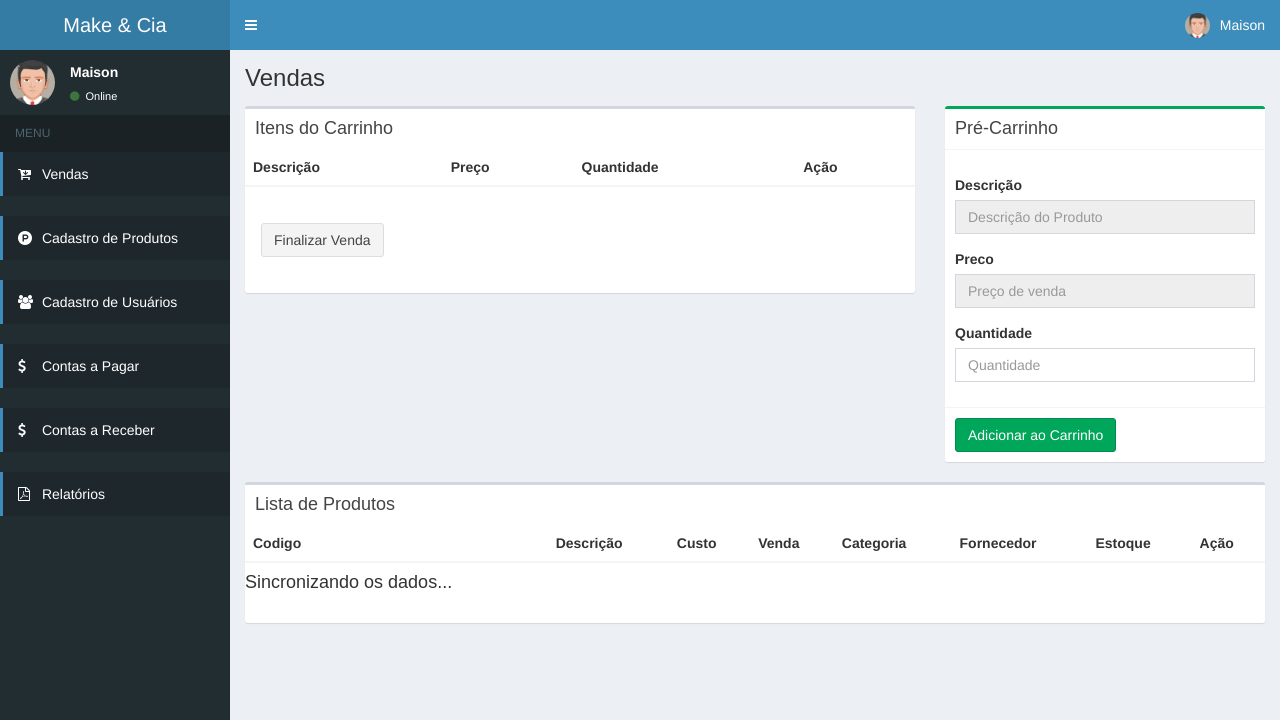
Repository: thuliobarbosa/Make_and_Cia
Page: Projeto_Make&Cia/MakeAndCia/WebContent/index.html
The author's editor kept a copy of each file at every save. The page is drawn from the files as they stood at one save, then again after the next save.
The browser window is 1280 px wide. The pictures show the whole page.
The page's requests for data from a server got no answer. An inner scrolling area shows only its first screen.

Above is the page before, as saved 2020-11-13 13:42:58.

### Projeto_Make&Cia/MakeAndCia/WebContent/index.html
<!DOCTYPE html>
<html>

<head>
	<meta charset="utf-8">
	<meta http-equiv="X-UA-Compatible" content="IE=edge">
	<title>Make & Cia</title>
	<meta content="width=device-width, initial-scale=1, maximum-scale=1, user-scalable=no" name="viewport">
	<link rel="stylesheet" href="bower_components/bootstrap/dist/css/bootstrap.min.css">
	<link rel="stylesheet" href="bower_components/font-awesome/css/font-awesome.min.css">
	<link rel="stylesheet" href="bower_components/Ionicons/css/ionicons.min.css">
	<link rel="stylesheet" href="dist/css/AdminLTE.min.css">
	<link rel="stylesheet" href="dist/css/skins/skin-blue.min.css">
	<link rel="stylesheet" href="data-table/jquery.dataTables.min.css">
	<style>
		.modal-content {
		  height:calc(100vh - 100px);
		  overflow:auto;
		}
	</style>
</head>

<body class="hold-transition skin-blue sidebar-mini">
	<div class="wrapper">

		<header class="main-header">

			<a href="index2.html" class="logo"> <span class="logo-mini">Make
					& Cia</span> <span class="logo-lg">Make & Cia</span>
			</a>

			<nav class="navbar navbar-static-top" role="navigation">

				<a href="#" class="sidebar-toggle" data-toggle="push-menu" role="button"> <span class="sr-only">Toggle
						navigation</span>
				</a>

				<div class="navbar-custom-menu">
					<ul class="nav navbar-nav">

						<li class="dropdown user user-menu"><a href="#" class="dropdown-toggle" data-toggle="dropdown">
								<img src="dist/img/avatar5.png" class="user-image" alt="User Image">

								<span class="hidden-xs">Maison</span>
							</a>
							<ul class="dropdown-menu">

								<li class="user-header"><img src="dist/img/avatar5.png" class="img-circle"
										alt="User Image">

									<p>
										Fulano Junior - Web Developer <small>Membro desde Abr.
											2018</small>
									</p>
								</li>
								<!-- Menu Body -->
								<li class="user-body">
									<div class="row">
										<div class="col-xs-4 text-center">
											<a href="#">Followers</a>
										</div>
										<div class="col-xs-4 text-center">
											<a href="#">Sales</a>
										</div>
										<div class="col-xs-4 text-center">
											<a href="#">Friends</a>
										</div>
									</div> <!-- /.row -->
								</li>
								<!-- Menu Footer-->
								<li class="user-footer">
									<div class="pull-left">
										<a href="#" class="btn btn-default btn-flat">Perfil</a>
									</div>
									<div class="pull-right">
										<a href="#" class="btn btn-default btn-flat">Sair</a>
									</div>
								</li>
							</ul>
						</li>
					</ul>
				</div>
			</nav>
		</header>

		<aside class="main-sidebar">

			<section class="sidebar">

				<div class="user-panel">
					<div class="pull-left image">
						<img src="dist/img/avatar5.png" class="img-circle" alt="User Image">
					</div>
					<div class="pull-left info">
						<p>Maison</p>
						<a href="#"><i class="fa fa-circle text-success"></i> Online</a>
					</div>
				</div>

				<ul class="sidebar-menu" data-widget="tree">
					<li class="header">MENU</li>
					<!-- Optionally, you can add icons to the links -->
					<li class="active"><a href="#"><i class="fa fa-cart-arrow-down"></i> <span
								id="btnVendas">Vendas</span></a></li>
					<br>
					<li class="active"><a href="#"><i class="fa fa-product-hunt"></i> <span
								id="btnCadastroProduto">Cadastro
								de Produtos</span></a></li>
					<br>
					<li class="active"><a href="#"><i class="fa fa-users"></i>
							<span id="btnCadastroUsuario">Cadastro de Usuários</span></a></li>
					<br>
					<li class="active"><a href="#"><i class="fa fa-usd"></i> <span id="btnContasPagar">Contas a
								Pagar</span></a></li>
					<br>
					<li class="active"><a href="#"><i class="fa fa-usd"></i> <span id="btnContasReceber">Contas a
								Receber</span></a></li>
					<br>
					<li class="active"><a href="#"><i class="fa fa-file-pdf-o"></i>
							<span id="btnRelatorios">Relatórios</span></a></li>
				</ul>

			</section>

		</aside>

		<!--  Tela de vendas -->
		<div class="content-wrapper" id="show_vendas">

			<section class="content-header">
				<h1>Vendas</h1>
			</section>

			<section class="content container-fluid">
				<div class="row">
					<div class="col-md-8">
						<div class="box">
							<div class="box-header">
								<h3 class="box-title">Itens do Carrinho</h3>
							</div>
							<div class="box-body no-padding">
								<div class="table-responsive">
									<table class="table table-striped">
										<thead>
											<tr>
												<th>Descrição</th>
												<th>Preço</th>
												<th>Quantidade</th>
												<th>Ação</th>
											</tr>
										</thead>
										<tbody id="tabela-itens-vendas">

										</tbody>
									</table>
									<div class="alert alert-primary" role="alert">
										<button type="button" class="btn btn-default btn-cancel"
										id="btnFinalizarVenda">Finalizar Venda</button>
									</div>

								</div>
							</div>
						</div>
					</div>

					<div class="col-md-4">

						<div class="box box-success" id="box-pre-carrinho">

							<div class="box-header with-border">
								<h3 class="box-title">Pré-Carrinho</h3>
							</div>

							<form role="form" id="form-pre-carrinho">
								<div class="box-body">
									<div class="form-group">
										<input type="hidden" class="form-control" id="identCad" name="identCad">
									</div>
									<div class="form-group">
										<label for="reCarDescricao">Descrição</label> <input type="text"
											class="form-control" id="preCarDescricao" placeholder="Descrição do Produto"
											name="preCarDescricao" required disabled>
									</div>
									<div class="form-group">
										<label for="preCarPreco-venda">Preco</label> <input type="number"
											class="form-control" id="preCarPreco-venda" placeholder="Preço de venda"
											name="preCarPreco-venda" required disabled>
									</div>
									<div class="form-group">
										<label for="preCarQuantidade">Quantidade</label> <input type="number"
											class="form-control" id="preCarQuantidade" placeholder="Quantidade"
											name="preCarQuantidade" required>
									</div>
								</div>
								<div class="box-footer">
									<button type="submit" class="btn btn-success" id="addCarrinho" name="addCarrinho">Adicionar
										ao Carrinho</button>
								</div>
							</form>
						</div>
					</div>
				</div>

				<!-- Modal -->
				<div class="modal" tabindex="-1" role="dialog" id="ModalFinalizaVenda" style="display: none;">
					<div class="modal-dialog" role="document">
						<div class="modal-content">
							<div class="modal-header">
								<h3 class="modal-title">Finalizar Venda</h3>
							</div>
							<div class="modal-body">
								<label for="valorTotalVenda">Valor da Compra</label> <input type="text"
								class="form-control" id="valorTotalVenda" name="valorTotalVenda" disabled> <br>

								<label for="formaPagamento">Forma de pagamento</label>
                  				<select class="form-control" id="formaPagamento" name="formaPagamento">
                  					<option value="" selected="selected">Formas de pagamento</option>
                    				<option value="dinheiro">Dinheiro</option>
                    				<option value="cartaoDebito">Cartão de Debito</option>
                    				<option value="cartaoCredito">Cartão de Credito</option>
								</select> <br>

								<label for="valorRecebido">Valor Recebido</label> <input type="text"
								class="form-control" id="valorRecebido" name="valorRecebido" placeholder="Valor Recebido"> <br>

								<label for="valorTroco">Troco</label> <input type="text"
								class="form-control" id="valorTroco" name="valorTroco" placeholder="Valor a devolver" disabled> <br>

								<button type="button" class="btn btn-primary" id="btnCalcularTroco">Calcular Troco</button>

							</div>
							<div class="modal-footer">
								<button type="button" class="btn btn-success " id="btnModalConcluir">Concluir</button>
								<button type="button" class="btn btn-secondary" data-dismiss="modal"
								id="btnModalCancelar">Cancelar</button>
							</div>
						</div>
					</div>
				</div>

				<div class="row">
					<div class="col-md-12">
						<div class="box">
							<div class="box-body no-padding">
								<div class="box-header">
									<h3 class="box-title">Lista de Produtos</h3>
								</div>
								<div class="table-responsive">
									<table class="table table-striped">
										<thead>
											<tr>
												<th>Codigo</th>
												<th>Descrição</th>
												<th>Custo</th>
												<th>Venda</th>
												<th>Categoria</th>
												<th>Fornecedor</th>
												<th>Estoque</th>
												<th>Ação</th>
											</tr>
										</thead>
										<tbody id="tabela-produtos-carrinho">

										</tbody>
									</table>
								</div>
							</div>
						</div>
					</div>
				</div>
			</section>
		</div>

		<!-- Tela Cadastro de Produto -->
		<div class="content-wrapper" id="show_cadastro-produto" style="display: none;">

			<section class="content-header">
				<h1>Cadastro de Produto</h1>
			</section>

			<section class="content container-fluid">

				<div class="row">

					<div class="col-md-12">
						<div class="box">
							<div class="box-header">
								<h3 class="box-title">Lista de Produtos</h3>
							</div>
							<div class="box-body no-padding">
								<div class="table-responsive">
									<table id="table-produtos" class="display">
										<thead>
											<tr>
												<th>Codigo</th>
												<th>Descrição</th>
												<th>Custo</th>
												<th>Venda</th>
												<th>Categoria</th>
												<th>Fornecedor</th>
												<th>Estoque</th>
												<th>Ações</th>
											</tr>
										</thead>
										<tbody id="tabela-produtos">

										</tbody>
									</table>
								</div>
							</div>
						</div>

					</div>
					<div class="col-md-12">

						<div class="row">

							<div class="col-xs-12">
								<div class="col-md-6">
									<button type="button" class="btn btn-primary"
													id="btnNovoProduto">Novo Produto</button>
								</div>

							</div>

						</div>

						<!-- Formulário de cadastro de produto -->
						<div class="modal" tabindex="-1" role="dialog" id="ModalFormProduto" style="display: none;">
							<div class="modal-dialog" role="document">
								<div class="modal-content">
									<div class="modal-header">
										<h3 class="box-title" id="box-cadastro-produto-titulo">Novo Produto</h3>
									</div>
									<div class="modal-body">


										<form role="form" id="form-cadastro-produto">
											<div class="box-body">
												<div class="form-group">
													<input type="hidden" class="form-control" id="identCad" name="identCad">
												</div>
												<div class="form-group">
													<label for="codigo">Codigo</label> <input type="text" class="form-control"
														id="codigo" placeholder="Descrição do Produto" name="codigo" required>
												</div>
												<div class="form-group">
													<label for="descricao">Descrição</label> <input type="text" class="form-control"
														id="descricao" placeholder="Descrição do Produto" name="descricao" required>
												</div>
												<div class="form-group">
													<label for="preco-custo">Preco de custo</label> <input type="number"
														class="form-control" id="preco-custo" placeholder="Preço de custo"
														name="preco-custo" required step=".01">
												</div>
												<div class="form-group">
													<label for="preco-venda">Preco de venda</label> <input type="number"
														class="form-control" id="preco-venda" placeholder="Preço de venda"
														name="preco-venda" required step=".01">
												</div>
												<div class="form-group">
													<label for="categoria">Categoria</label> <input type="number"
														class="form-control" id="categoria" placeholder="Categoria do produto"
														name="categoria" required>
												</div>
												<div class="form-group">
													<label for="fornecedor">Fornecedor</label> <input type="number"
														class="form-control" id="fornecedor" placeholder="Fornecedor do produto"
														name="fornecedor" required>
												</div>
												<div class="form-group">
													<label for="qtd-estoque">Estoque</label> <input type="number"
														class="form-control" id="qtd-estoque" placeholder="Quantidade de estoque"
														name="qtd-estoque" required>
												</div>
											</div>

											<div class="box-footer">
												<button type="submit" class="btn btn-success"
													id="btnCadastraProduto">Salvar</button>
												<button type="button" class="btn btn-default btn-cancel"
													id="btnCancelarProduto">Cancelar</button>
											</div>
										</form>
									</div>
								</div>
							</div>
						</div>

					</div>
				</div>
			</section>
		</div>

		<!-- Modal generico para confirmação -->
		<div class="modal" tabindex="-1" role="dialog" id="modalConfirm">
			<div class="modal-dialog" role="document">
				<div class="modal-content">
					<div class="modal-header">
						<h5 class="modal-title">Confirmação</h5>
					</div>
					<div class="modal-body">
						<p id="pModal"></p>
					</div>
					<div class="modal-footer" id="modalBotoes">

					</div>
				</div>
			</div>
		</div>

		<!-- Tela cadastro de usuários -->
		<div class="content-wrapper" id="show_cadastro-usuario" style="display: none;">

			<section class="content-header">
				<h1>Cadastro de Usuários</h1>
			</section>

			<section class="content container-fluid">

				<div class="row">
					<div class="col-md-12">

						<div class="box">
							<div class="box-header">
								<h3 class="box-title">Lista de Usuários</h3>
							</div>

							<div class="box-body no-padding">
								<table class="table table-striped">
									<thead>
										<tr>
											<th>Nome</th>
											<th>Login</th>
											<th>Administrador</th>
											<th>Acões</th>
										</tr>
									</thead>
									<tbody id="tabela-usuarios">

									</tbody>
								</table>
							</div>

						</div>

					</div>

						<div class="row">

							<div class="col-xs-12">
								<div class="col-md-6">
									<button type="button" class="btn btn-primary"
													id="btnNovoUsuario">Novo Usuário</button>
								</div>

							</div>

						</div>

						<div class="modal" tabindex="-1" role="dialog" id="ModalFormUsuario" style="display: none;">
							<div class="modal-dialog" role="document">
								<div class="modal-content">
									<div class="modal-header">
										<h3 class="box-title" id="box-cadastro-usuario-titulo">Novo Usuário</h3>
									</div>
									<div class="modal-body">

										<form role="form" id="form-cadastro-usuario">
											<div class="box-body">
												<div class="form-group">
													<input type="hidden" class="form-control" id="idUserCad" name="idUserCad">
												</div>
												<div class="form-group">
													<label for="nome">Nome</label> <input type="text" class="form-control"
														id="nome" placeholder="Digite o nome do usuário" name="nome">
												</div>
												<div class="form-group">
													<label for="login">Login</label> <input type="text" class="form-control"
														id="login" placeholder="Digite o login do usuário" name="login">
												</div>
												<div class="form-group">
													<label for="senha">Senha</label> <input type="password"
														class="form-control" id="senha" name="senha"
														placeholder="Digite sua senha">
												</div>
												<div class="checkbox">
													<label> <input type="checkbox" id="administrador" name="administrador">
														Administrador
													</label>
												</div>
												<div class="form-group">
													<input type="hidden" class="form-control" id="isAdmin" name="isAdmin">
												</div>
											</div>
											<div class="box-footer">
												<button type="submit" id="btnCadastroUser"
													class="btn btn-success">Salvar</button>
												<button type="button" class="btn btn-default btn-cancel"
													id="btnCancelarUsuario">Cancelar</button>
											</div>
										</form>
									</div>
								</div>
							</div>
						</div>

					</div>
			</section>
		</div>

		<footer class="main-footer"> Projeto desenvolvido por LFI
			Sistemas. </footer>

	</div>

	<script src="https://code.jquery.com/jquery-3.5.1.min.js"></script>
	<script src="data-table/jquery.dataTables.min.js"></script>
	<script src="js/util.js"></script>
	<script src="js/CadastroProduto.js"></script>
	<script src="js/CadastroUsuario.js"></script>
	<script src="js/Vendas.js"></script>
	<script src="js/bootstrap-notify.min.js"></script>
	<script src="index.js"></script>



</body>

</html>

### Projeto_Make&Cia/MakeAndCia/WebContent/js/util.js
// Fazer Requisão
function requestAjax(model, formulario) {
	return Promise.resolve(
	  jQuery.ajax({
	    type: "GET",
	    dataType: "json",
	    data: $(formulario).serialize(),
	    url: "http://localhost:8080/MakeAndCia/Controller?service=" + model
	  })
	).finally(function() {
	});
}

// Verificar se esta logado
/*function verificaLogin() {
	requestAjax("DadosSessao", this.formularioLogin).then(

			(retorno) => {
	        	if(!retorno["Condicao"]) {
					window.location.href = "login.html";
				}
        	}
		);
}*/

### Projeto_Make&Cia/MakeAndCia/WebContent/index.js
//verificaLogin();

let cadastroProduto = new CadastroProduto("form-cadastro-produto","tabela-produtos");
let cadastroUsuario = new CadastroUsuario("form-cadastro-usuario","tabela-usuarios");
let vendas = new Vendas("tabela-produtos-carrinho", "form-pre-carrinho");

document.querySelector("#btnCadastroProduto").addEventListener('click', () => {
    mostraPainelProduto();
})

document.querySelector("#btnCadastroUsuario").addEventListener('click', () => {
    mostraPainelUsuario();
})

document.querySelector("#btnVendas").addEventListener('click', () => {
    mostraPainelVendas();
})

document.querySelector("#show_cadastro-usuario").addEventListener('submit', (e) => {
    e.preventDefault();
})



function mostraPainelVendas() {
    document.querySelector("#show_cadastro-produto").style.display = "none";
    document.querySelector("#show_cadastro-usuario").style.display = "none";
    document.querySelector("#show_vendas").style.display = "block";
	vendas.listaProdutos();
}

function mostraPainelUsuario() {
    document.querySelector("#show_cadastro-produto").style.display = "none";
    document.querySelector("#show_vendas").style.display = "none";
    document.querySelector("#show_cadastro-usuario").style.display = "block";
	cadastroUsuario.listaUsuarios();

}

function mostraPainelProduto() {
    document.querySelector("#show_vendas").style.display = "none";
    document.querySelector("#show_cadastro-produto").style.display = "block";
    document.querySelector("#show_cadastro-usuario").style.display = "none";
    cadastroProduto.listaProdutos();
}

Loaded but not shown: Projeto_Make&Cia/MakeAndCia/WebContent/bower_components/bootstrap/dist/css/bootstrap.min.css (library); Projeto_Make&Cia/MakeAndCia/WebContent/bower_components/font-awesome/css/font-awesome.min.css (library); Projeto_Make&Cia/MakeAndCia/WebContent/bower_components/Ionicons/css/ionicons.min.css (library); Projeto_Make&Cia/MakeAndCia/WebContent/dist/css/AdminLTE.min.css (library); Projeto_Make&Cia/MakeAndCia/WebContent/dist/css/skins/skin-blue.min.css (library); Projeto_Make&Cia/MakeAndCia/WebContent/data-table/jquery.dataTables.min.css (library); Projeto_Make&Cia/MakeAndCia/WebContent/data-table/jquery.dataTables.min.js (library); Projeto_Make&Cia/MakeAndCia/WebContent/js/bootstrap-notify.min.js (library); Projeto_Make&Cia/MakeAndCia/WebContent/js/CadastroUsuario.js (221 lines, source omitted); Projeto_Make&Cia/MakeAndCia/WebContent/js/CadastroProduto.js (203 lines, source omitted); Projeto_Make&Cia/MakeAndCia/WebContent/js/Vendas.js (167 lines, source omitted)

After the next save:
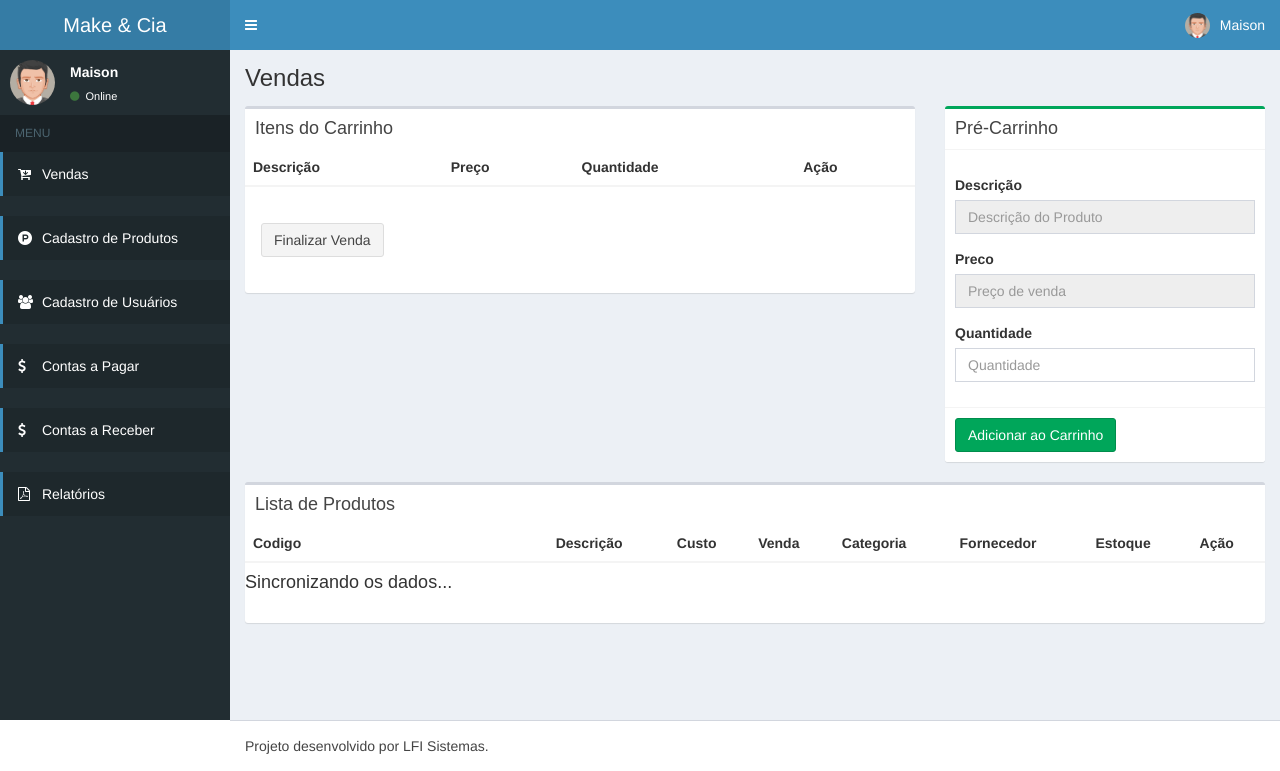
Saved 8 s later.
--- a/Projeto_Make&Cia/MakeAndCia/WebContent/index.html
+++ b/Projeto_Make&Cia/MakeAndCia/WebContent/index.html
@@ -311,7 +311,6 @@
 						</div>
 
 					</div>
-					<div class="col-md-12">
 
 						<div class="row">
 

After the save that followed:
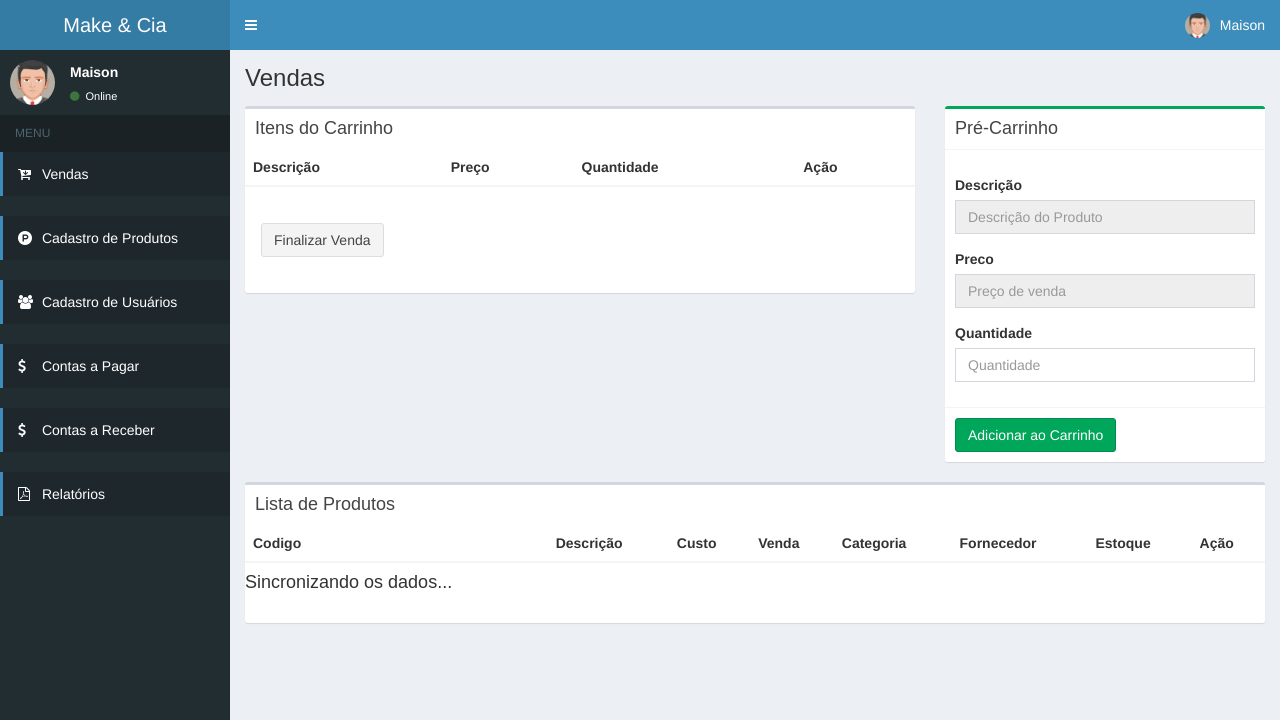
Saved 26 s later.
--- a/Projeto_Make&Cia/MakeAndCia/WebContent/index.html
+++ b/Projeto_Make&Cia/MakeAndCia/WebContent/index.html
@@ -311,6 +311,7 @@
 						</div>
 
 					</div>
+					<div class="col-md-12">
 
 						<div class="row">
 
